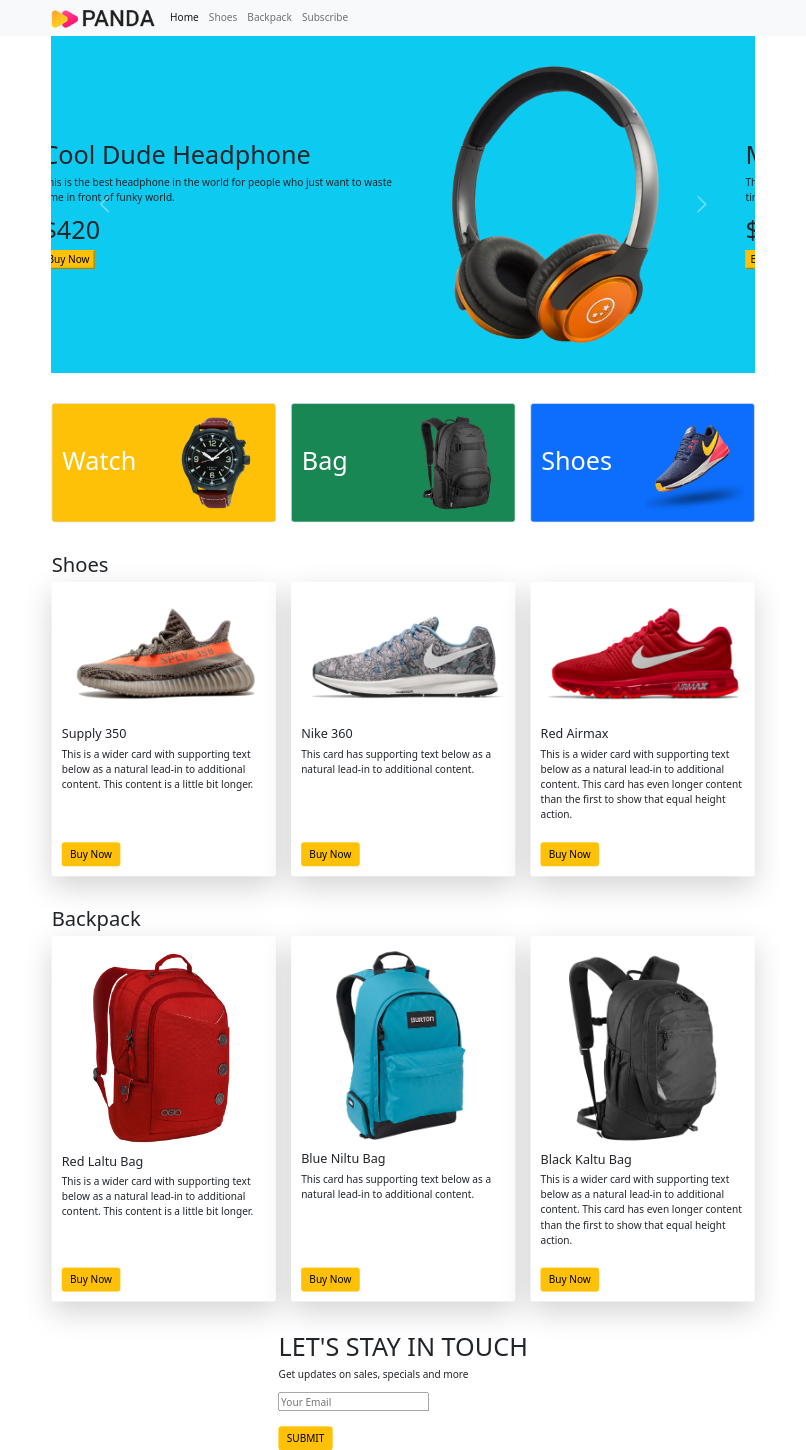
Repository: mdmohiddin/panda-commerce-rp
Page: index.html
The author's editor kept a copy of each file at every save. The page is drawn from the files as they stood at one save, then again after the next save.
The browser window is 1280 px wide. The pictures show the whole page, at 63% of full size.

Above is the page before, as saved 2021-07-28 19:42:58.

### index.html
<!DOCTYPE html>
<html lang="en">
<head>
    <meta charset="UTF-8">
    <meta http-equiv="X-UA-Compatible" content="IE=edge">
    <meta name="viewport" content="width=device-width, initial-scale=1.0">
    <title>panda-commerce</title>
    <!-- Bootstrap Stylesheet -->
    <link href="https://cdn.jsdelivr.net/npm/bootstrap@5.0.2/dist/css/bootstrap.min.css" rel="stylesheet" integrity="sha384-EVSTQN3/azprG1Anm3QDgpJLIm9Nao0Yz1ztcQTwFspd3yD65VohhpuuCOmLASjC" crossorigin="anonymous">

</head>
<body>
    <!-- header star -->
    <header>
        <nav class="navbar navbar-expand-lg navbar-light bg-light">
            <div class="container">
              <a class="navbar-brand" href="#">
                <img src="images/logo.png" alt="">
              </a>
              <button class="navbar-toggler" type="button" data-bs-toggle="collapse" data-bs-target="#navbarSupportedContent" aria-controls="navbarSupportedContent" aria-expanded="false" aria-label="Toggle navigation">
                <span class="navbar-toggler-icon"></span>
              </button>
              <div class="collapse navbar-collapse" id="navbarSupportedContent">

                <ul class="navbar-nav me-auto mb-2 mb-lg-0">

                    <li class="nav-item">
                    <a class="nav-link active" aria-current="page" href="#">Home</a>
                  </li>

                  <li class="nav-item">
                    <a class="nav-link" href="#">Shoes</a>
                  </li>

                  <li class="nav-item">
                    <a class="nav-link" href="#">Backpack</a>
                  </li>

                  <li class="nav-item">
                    <a class="nav-link" href="#">Subscribe</a>
                  </li>

                </ul>
              </div>
            </div>
          </nav>

          <!-- image slider -->
          <section class="container">
            <div id="carouselExampleControls" class="carousel slide" data-bs-ride="carousel">

                <div class="carousel-inner">

                    <div class="carousel-item active">

                        <div class="row bg-info p-5 d-flex align-items-center">
                            <div class="col-lg-7">
                                <h1>Cool Dude Headphone</h1>
                                <p>This is the best headphone in the world for people who just want to waste time in front of funky world.</p>
                                <h1>$420</h1>
                                <button class="btn-warning">Buy Now</button>
                            </div>
                            <div class="col-lg-5">
                                <img src="images/banner-images/headphone.png" class="d-block w-100" alt="...">
                            </div>
                        </div>
                  </div>

                  <div class="carousel-item">
                    <div class="row bg-info p-5 d-flex align-items-center">
                        <div class="col-lg-7">
                            <h1>Mega LCD TV For Sports</h1>
                            <p>This is the best headphone in the world for people who just want to waste time in front of funky world.</p>
                            <h1>$420</h1>
                            <button class="btn-warning">Buy Now</button>
                        </div>
                        <div class="col-lg-5">
                            <img src="images/banner-images/tv.png" class="d-block w-100" alt="...">
                        </div>
                    </div>
                  </div>

                  <div class="carousel-item">
                    <div class="row bg-info p-5 d-flex align-items-center">
                        <div class="col-lg-7">
                            <h1>X-Box for your living room</h1>
                            <p>This is the best headphone in the world for people who just want to waste time in front of funky world.</p>
                            <h1>$600</h1>
                            <button class="btn-warning">Buy Now</button>
                        </div>
                        <div class="col-lg-5">
                            <img src="images/banner-images/xbox.png" class="d-block w-100" alt="...">
                        </div>
                    </div>
                  </div>
                </div>
                <button class="carousel-control-prev" type="button" data-bs-target="#carouselExampleControls" data-bs-slide="prev">
                  <span class="carousel-control-prev-icon" aria-hidden="true"></span>
                  <span class="visually-hidden">Previous</span>
                </button>
                <button class="carousel-control-next" type="button" data-bs-target="#carouselExampleControls" data-bs-slide="next">
                  <span class="carousel-control-next-icon" aria-hidden="true"></span>
                  <span class="visually-hidden">Next</span>
                </button>
              </div>
          </section>
    </header>
    <!-- header end -->

    <main>
        <!-- catergories -->
        <section class="container my-5">
                <div class="row g-4">

                  <div class="col-lg-4 col-md-6 col-12">
                    <div class="p-3 border bg-warning d-flex align-items-center d-flex justify-content-between rounded-3">
                        <h1 class="text-white">Watch</h1>
                        <img src="images/categories/watch.png" alt="">
                    </div>
                  </div>

                  <div class="col-lg-4 col-md-6 col-12">
                    <div class="p-3 border bg-success d-flex align-items-center d-flex justify-content-between rounded-3">
                        <h1 class="text-white">Bag</h1>
                        <img src="images/categories/bag.png" alt="">
                    </div>
                  </div>

                  <div class="col-lg-4 col-md-6 col-12">
                    <div class="p-3 border bg-primary d-flex align-items-center d-flex justify-content-between rounded-3">
                        <h1 class="text-white">Shoes</h1>
                        <img src="images/categories/shoes.png" alt="">
                    </div>
                  </div>
                </div>
        </section>

        <!-- Shoes -->
        <section class="container">
            <h2>Shoes</h2>
            <div class="row row-cols-1 row-cols-md-2 row-cols-lg-3 g-4">

                <div class="col">
                  <div class="card h-100 border-0 shadow-lg">
                    <img src="images/shoes/shoe-1.png" class="card-img-top" alt="...">
                    <div class="card-body">
                      <h5 class="card-title">Supply 350</h5>
                      <p class="card-text">This is a wider card with supporting text below as a natural lead-in to additional content. This content is a little bit longer.</p>
                    </div>
                    <div class="m-3">
                     <button class="btn btn-warning">Buy Now</button>
                    </div>
                  </div>
                </div>

                <div class="col">
                  <div class="card h-100 border-0 shadow-lg">
                    <img src="images/shoes/shoe-2.png" class="card-img-top" alt="...">
                    <div class="card-body">
                      <h5 class="card-title">Nike 360</h5>
                      <p class="card-text">This card has supporting text below as a natural lead-in to additional content.</p>
                    </div>
                    <div class="m-3">
                      <button class="btn btn-warning">Buy Now</button>
                    </div>
                  </div>
                </div>

                <div class="col">
                  <div class="card h-100 border-0 shadow-lg">
                    <img src="images/shoes/shoe-3.png" class="card-img-top" alt="...">
                    <div class="card-body">
                      <h5 class="card-title">Red Airmax</h5>
                      <p class="card-text">This is a wider card with supporting text below as a natural lead-in to additional content. This card has even longer content than the first to show that equal height action.</p>
                    </div>
                    <div class="m-3">
                     <button class="btn btn-warning">Buy Now</button>
                    </div>
                  </div>
                </div>
              </div>
        </section>

        <!-- Backpack -->
        <section class="container my-5">
            <h2>Backpack</h2>
            <div class="row row-cols-1 row-cols-md-2 row-cols-lg-3 g-4">

                <div class="col">
                  <div class="card h-100 border-0 shadow-lg">
                    <img src="images/bags/bag-1.png" class="card-img-top" alt="...">
                    <div class="card-body">
                      <h5 class="card-title">Red Laltu Bag</h5>
                      <p class="card-text">This is a wider card with supporting text below as a natural lead-in to additional content. This content is a little bit longer.</p>
                    </div>
                    <div class="m-3">
                     <button class="btn btn-warning">Buy Now</button>
                    </div>
                  </div>
                </div>

                <div class="col">
                  <div class="card h-100 border-0 shadow-lg">
                    <img src="images/bags/bag-2.png" class="card-img-top" alt="...">
                    <div class="card-body">
                      <h5 class="card-title">Blue Niltu Bag</h5>
                      <p class="card-text">This card has supporting text below as a natural lead-in to additional content.</p>
                    </div>
                    <div class="m-3">
                      <button class="btn btn-warning">Buy Now</button>
                    </div>
                  </div>
                </div>

                <div class="col">
                  <div class="card h-100 border-0 shadow-lg">
                    <img src="images/bags/bag-3.png" class="card-img-top" alt="...">
                    <div class="card-body">
                      <h5 class="card-title">Black Kaltu Bag</h5>
                      <p class="card-text">This is a wider card with supporting text below as a natural lead-in to additional content. This card has even longer content than the first to show that equal height action.</p>
                    </div>
                    <div class="m-3">
                     <button class="btn btn-warning">Buy Now</button>
                    </div>
                  </div>
                </div>
              </div>
        </section>

        <!-- Subscription -->
        <section class="container d-flex justify-content-center">
            <div>
                <h1>LET'S STAY IN TOUCH</h1>
                <p>Get updates on sales, specials and more</p>
                <input type="text" placeholder="Your Email">
                <br><br>
                <button class="btn btn-warning">SUBMIT</button>
                </div>
        </section>
    </main>
    <footer>

    </footer>

    <!-- Bootstrap JS -->
    <script src="https://cdn.jsdelivr.net/npm/bootstrap@5.0.2/dist/js/bootstrap.bundle.min.js" integrity="sha384-MrcW6ZMFYlzcLA8Nl+NtUVF0sA7MsXsP1UyJoMp4YLEuNSfAP+JcXn/tWtIaxVXM" crossorigin="anonymous"></script>
</body>
</html>

After the next save:
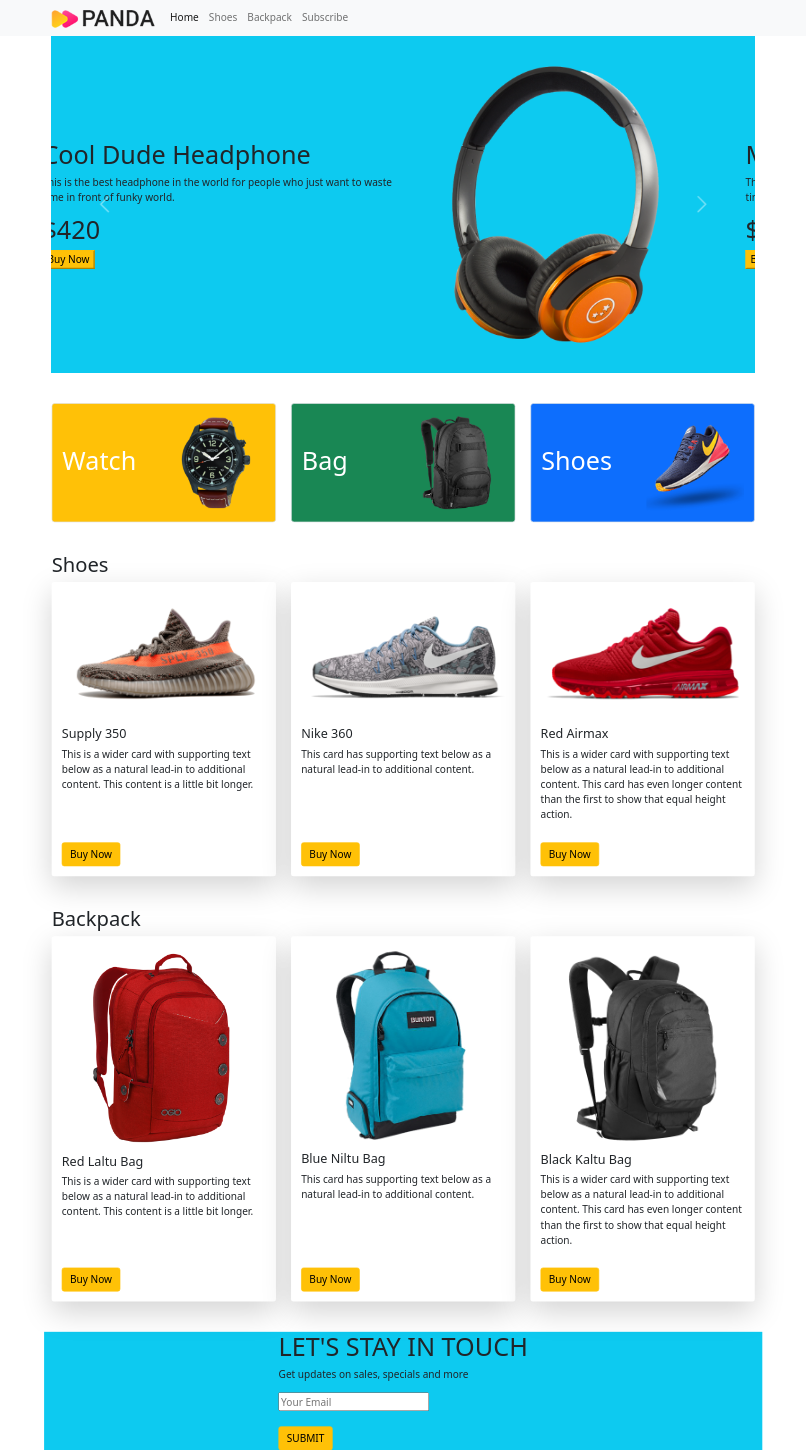
Saved 107 s later.
--- a/index.html
+++ b/index.html
@@ -228,7 +228,7 @@
         </section>
 
         <!-- Subscription -->
-        <section class="container d-flex justify-content-center">
+        <section class="container d-flex justify-content-center bg-info">
             <div>
                 <h1>LET'S STAY IN TOUCH</h1>
                 <p>Get updates on sales, specials and more</p>
